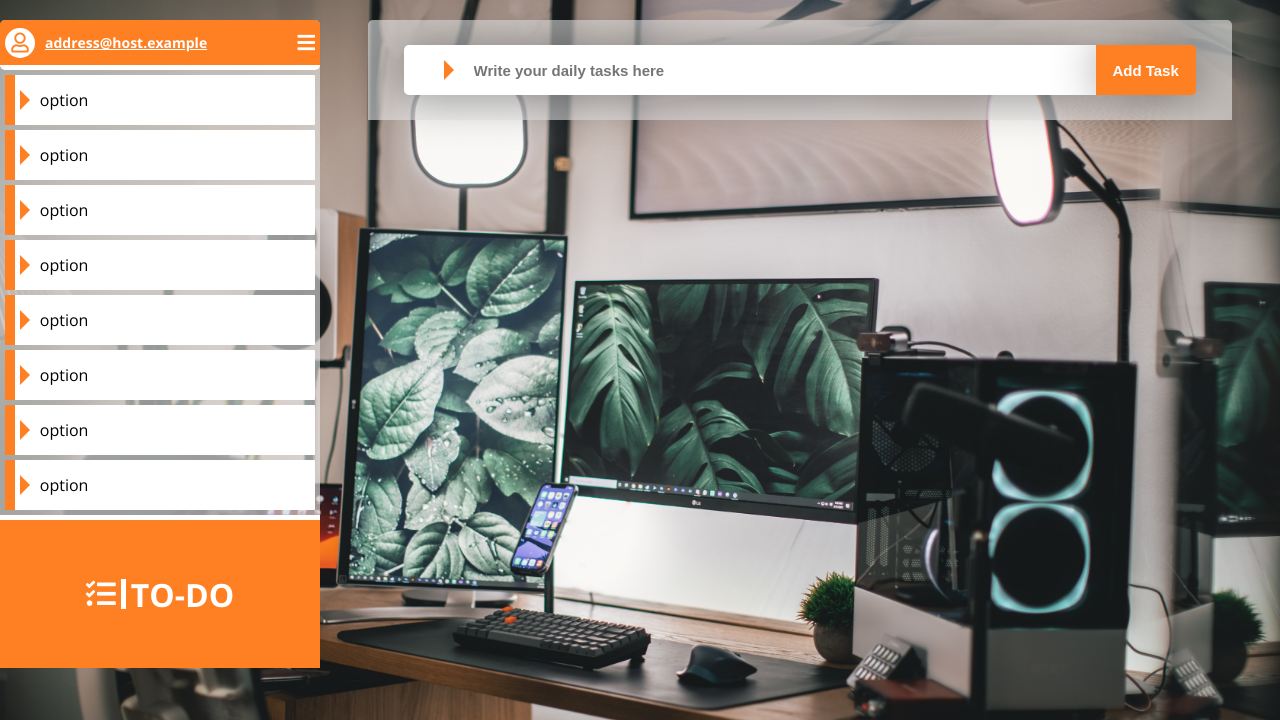
Repository: OmarEssameldinMousa/To-do-list-level01
Page: index.html
The author's editor kept a copy of each file at every save. The page is drawn from the files as they stood at one save, then again after the next save.
The browser window is 1280 px wide. The pictures show the whole page.

Above is the page before, as saved 2023-08-09 23:55:21.

### index.html
<!DOCTYPE html>
<html lang="en">

<head>
    <meta charset="UTF-8">
    <meta name="viewport" content="width=device-width, initial-scale=1.0">
    <title>ToDo</title>
    <link rel="stylesheet" href="main.css">
    <link rel="preconnect" href="https://fonts.gstatic.com" />
    <link rel="stylesheet" href="css/all.min.css">
    <link href="https://fonts.googleapis.com/css2?family=Open+Sans:wght@400;700&display=swap" rel="stylesheet" />
</head>

<body>
    <div class="dashboard">
        <div class="nav">
            <div class="navigation">
                <div class="profile">
                    <div class="profile-pic">
                        <i class="fa-regular fa-user"></i>
                    </div>
                    <h3>address@host.example</h3>
                    <i class="fa-solid fa-bars" style="color: #ffffff;"></i>
                    <!-- <i class="fa-solid fa-bars second" style="color: #ffffff;"></i> -->
                    <!-- <i class="fa-solid fa-arrow-right" style="color: #ffffff;"></i>
                    <i class="fa-solid fa-arrow-left" style="color: #ffffff;"></i> -->
                </div>
                <ul>
                    <li>
                        <span class="toggle"></span>
                        <span class="title">option</span>
                    </li>
                    <li>
                        <span class="toggle"></span>
                        <span class="title">option</span>
                    </li>
                    <li>
                        <span class="toggle"></span>
                        <span class="title">option</span>
                    </li>
                    <li>
                        <span class="toggle"></span>
                        <span class="title">option</span>
                    </li>
                    <li>
                        <span class="toggle"></span>
                        <span class="title">option</span>
                    </li>
                    <li>
                        <span class="toggle"></span>
                        <span class="title">option</span>
                    </li>
                    <li>
                        <span class="toggle"></span>
                        <span class="title">option</span>
                    </li>
                    <li>
                        <span class="toggle"></span>
                        <span class="title">option</span>
                    </li>
                </ul>
                <div class="footer">
                    <i class="fa-solid fa-list-check"></i>
                    <span></span>
                    <h1>TO-DO</h1>
                </div>
            </div>
        </div>
        <div class="workstation">
            <div class="container">
                <div class="form">
                    <div>
                        <span></span>
                        <input type="text" class="input" placeholder="Write your daily tasks here">
                    </div>
                    <input type="submit" class="add" value="Add Task">
                </div>
                <!-- separator -->
                <div class="tasks">
                    <div class="tasks-numbers">

                    </div>
                    <div class="tasks-container">

                    </div>
                </div>
            </div>
        </div>
    </div>
    <script src="main.js"></script>
</body>

</html>

### main.css
:root {
    --main-color: rgba(235, 235, 235, 0.6);
    --secondery-color: #ff7f23;
}

* {
    -webkit-box-sizing: border-box;
    -moz-box-sizing: border-box;
    box-sizing: border-box;
    padding: 0;
    margin: 0;
}

body {
    font-family: "Open Sans", sans-serif;
    background-image: url(backgroundimage.jpg);
    background-repeat: no-repeat;
    background-size: cover;
    position: relative;
    height: 100%;
}


ul {
    list-style: none;
}


.dashboard {
    display: flex;
    height: 100%;
    width: 100%;
    column-gap: 0px;
}

.nav {
    width: 25%;
    height: 100%;
    position: relative;
    margin-top: 20px;
    border-radius: 5px;
}

.nav .navigation {
    height: 100%;
    width: 100%;
    background: var(--main-color);
    border-radius: 5px;
}

.nav .navigation .profile {
    width: 100%;
    height: 50px;
    background-color: var(--secondery-color);
    display: flex;
    align-items: center;
    border-bottom: 5px solid white;
    border-radius: 5px;
}

.nav .navigation .profile .profile-pic {
    border-radius: 50%;
    background-color: white;
    height: 30px;
    width: 30px;
    display: flex;
    align-items: center;
    justify-content: center;
    margin-left: 5px;
}

.nav .navigation .profile i {
    font-size: 20px;
    color: var(--secondery-color);
}

.nav .navigation .profile h3 {
    font-size: 14px;
    padding-left: 10px;
    text-decoration: underline;
    color: white;
}

.nav .navigation ul {
    width: 97%;
    margin: auto;
    margin-top: 5px;
}

.nav .navigation ul li {
    padding: 5px;
    height: 50px;
    background-color: white;
    margin-bottom: 5px;
    border-radius: 1px;
    border-left: 10px solid #ff7f23;
    display: flex;
    align-items: center;
    transition: 0.3s;

}


.nav .navigation ul li:hover .toggle {
    padding-left: 10px;
}

.navigation .footer {
    width: 100%;
    height: 153px;
    background-color: #ff7f23;
    display: flex;
    align-items: center;
    justify-content: center;
    border-top: 5px solid white;
    column-gap: 5px;
}

.navigation .footer i {
    font-size: 30px;
    color: white;
}

.navigation .footer h1 {
    color: white;
}

.navigation .footer span {
    height: 30px;
    width: 5px;
    background-color: white;
}

li .toggle {
    border: 10px solid var(--secondery-color);
    border-color: transparent transparent transparent #ff7f23;
    transition: 0.3s;
}

.workstation {
    height: 100%;
    position: relative;
    flex: 1;
}

.container {
    width: 100%;
    min-height: 50px;
    background-color: transparent;
    z-index: 1;
    position: absolute;
}

.container .form {
    width: 90%;
    height: 100px;
    background-color: var(--main-color);
    margin: 20px auto;
    border-top-right-radius: 5px;
    border-top-left-radius: 5px;
    text-align: center;
    position: relative;
    display: flex;
    justify-content: center;
    align-items: center;
}

.container .tasks {
    width: 90%;
    background-color: var(--main-color);
    margin: 20px auto;
    display: flex;
    border-bottom-left-radius: 5px;
    border-bottom-right-radius: 5px;
}

.container .form .input,
.container .form .add {
    display: block;
    height: 50px;
}

.container .form div {
    width: 80%;
    border-bottom-left-radius: 5px;
    border-top-left-radius: 5px;
    border: 0px solid;
    box-shadow: -5px 0 50px 0px #00000073;
    background-color: white;
    display: flex;
    justify-content: flex-end;
    align-items: center;
}

.container .form div span {
    border: 10px solid #ff7f23;
    border-color: transparent transparent transparent #ff7f23;
    margin-right: 10px;
}

.container .form div .input {
    outline: 0;
    font-size: 15px;
    border: 0px solid;
    font-weight: bold;
    width: 90%;
}

.container .form .add {
    width: 100px;
    border: 0px solid;
    background-color: #ff7f23;
    color: white;
    font-weight: bold;
    font-size: 15px;
    border-bottom-right-radius: 5px;
    border-top-right-radius: 5px;
    box-shadow: 5px 0 50px 0px #00000073;
}

.container .tasks .tasks-container {
    width: 80%;
    display: flex;
    flex-direction: column;
    align-items: center;
    align-content: center;
    flex: 1;
}

.container .tasks .tasks-container .task {
    width: 80%;
    height: 50px;
    border-radius: 5px;
    border: 0px solid;
    box-shadow: -5px 0 50px 0px #00000073;
    background-color: white;
    margin: 10px 0;
    position: relative;
    display: flex;
    align-items: center;
}

.container .tasks .tasks-container .task i {
    margin-left: 10px;
    margin-right: 10px;
    color: var(--secondery-color);
}


.container .tasks .tasks-container .task::after {
    content: "";
    width: 10%;
    height: 100%;
    background-color: #ff7f23;
    position: absolute;
    top: 0;
    left: 90%;
    z-index: 0;
    border-top-right-radius: 5px;
    border-bottom-right-radius: 5px;
}

.container .tasks .tasks-container .task i:first-of-type {
    position: absolute;
    right: 4%;
    top: 50%;
    transform: translateY(-50%);
    color: white;
    z-index: 1;
    font-size: 20px;
}

.container .tasks .tasks-container .task i:last-of-type {
    position: absolute;
    right: 0%;
    top: 50%;
    transform: translateY(-50%);
    color: white;
    z-index: 1;
    font-size: 20px;
}

.container .tasks .tasks-numbers {
    width: 50px;
    display: flex;
    align-items: center;
    flex-direction: column;
}


.tasks-numbers .repated-line-circle {
    width: 2px;
    height: 70px;
}

.tasks-numbers .line-circle {
    display: flex;
    flex-direction: column;
    width: 100%;
    height: 100%;
    justify-content: space-between;
    align-items: center;
}

.tasks-numbers .line-circle .upper-line {
    width: 100%;
    height: 40%;
    background-color: white;
}

.tasks-numbers .line-circle .circle {
    font-family: 'VT323', monospace;
    width: 20px;
    height: 20px;
    background-color: #ff7f23;
    border-radius: 50%;
    text-align: center;
    position: relative;
    transition: 0.3s;
    animation: gradient-animation 5s infinite alternate;
    border: 1px solid white;
}


.tasks-numbers .line-circle .circle p {
    position: absolute;
    left: 50%;
    top: 50%;
    transform: translate(-50%, -50%);
    font-size: 14px;
    color: white;
}

.line-circle .circle p a {
    text-decoration: none;
}

.tasks-numbers .line-circle .lower-line {
    width: 2px;
    height: 40%;
    background-color: white;
}

.nav .navigation .profile i.fa-solid.fa-bars {
    position: absolute;
    right: 5px;
    /* display: none; */
}


@media (max-width: 767px) {
    body {
        background-image: none;
    }

    .dashboard {
        flex-direction: column;
    }

    .nav {
        width: 100% !important;
        height: 50px;
        z-index: 2;
    }

    .navigation {
        width: 100%;
        position: absolute;
        background-color: #ff7f23;
    }

    .nav .navigation ul {
        width: 100%;
        display: none;
    }

    .nav .navigation ul li {
        border: none;
        margin: 0;
    }

    .navigation .footer {
        display: none;
    }

    .nav .navigation .profile i.fa-solid.fa-bars {
        display: inline-block;
    }

    .nav .navigation .profile i.fa-solid.fa-bars.second {
        display: none;
    }
}

/* Small */
@media (min-width: 768px) {}

/* Medium */
@media (min-width: 992px) {}

/* Large */
@media (min-width: 1200px) {}

### main.js
let counter = 1;
let counterarray = [];
let tasksDiv = document.querySelector(".tasks-container");
let tasksnumbersDiv = document.querySelector(".tasks-numbers");
let inputbox = document.querySelector(".input");
let inputboxValue = inputbox.value;
let inputbtn = document.querySelector(".add");
let idtentity = 0;
let list = [];
let menu_bars = document.querySelector("i.fa-solid.fa-bars")
let optionsul = document.querySelector(".nav .navigation ul")
let menu_bars2 = document.querySelector("i.fa-solid.fa-bars.second")
let navdiv = document.querySelector(".nav")

function createTaskDiv_NumberDiv() {
    if (inputbox.value != "") {
        let inputbox = document.querySelector(".input");
        let inputboxValue = inputbox.value;
        counterarray.push(counter);
        // craeting task divs
        let taskDiv = document.createElement("div");
        taskDiv.className = "task";
        let i1 = document.createElement("i");
        i1.className = "fa-regular fa-square-check";
        let i2 = document.createElement("i");
        i2.className = "fa-solid fa-clock";
        let i3 = document.createElement("i");
        i3.className = "fa-regular fa-trash-can";
        i3.setAttribute("index", counterarray.length - 1);
        let tasktitle = document.createElement("h4");
        tasktitle.innerHTML = inputboxValue;
        // nesting all childs under each parent
        tasksDiv.appendChild(taskDiv);
        taskDiv.appendChild(i1);
        taskDiv.appendChild(i2);
        taskDiv.appendChild(i3);
        taskDiv.appendChild(tasktitle);
        //creating the numbering divs
        let repatedlinecircleDiv = document.createElement("div");
        repatedlinecircleDiv.className = "repated-line-circle";
        let linecirclediv = document.createElement("div");
        linecirclediv.className = "line-circle";
        let upperlinediv = document.createElement("div");
        upperlinediv.className = "upper-line";
        let circlediv = document.createElement("div");
        circlediv.className = "circle";
        let circleparacontent = document.createElement("p");
        circleparacontent.innerHTML = `${counterarray.length}`;
        let lowerlinediv = document.createElement("div");
        lowerlinediv.className = "lower-line";
        //nesting all childs under each parent
        tasksnumbersDiv.appendChild(repatedlinecircleDiv);
        repatedlinecircleDiv.appendChild(linecirclediv);
        linecirclediv.appendChild(upperlinediv);
        linecirclediv.appendChild(circlediv);
        circlediv.appendChild(circleparacontent);
        linecirclediv.appendChild(lowerlinediv);
        // after adjustments
        list.push({ "id": idtentity, "title": inputbox.value, });
        window.localStorage.setItem("tasks", JSON.stringify(list));
        inputbox.value = "";
        counter++;
        idtentity++;
        inputbox.focus();
    }
}

inputbtn.addEventListener("click", createTaskDiv_NumberDiv);

document.addEventListener("click", function (e) {
    if (e.target.className === "fa-regular fa-trash-can") {
        let n = 1;
        // deleting from BOM - local storage
        let storedTasks = JSON.parse(window.localStorage.getItem("tasks"))
        storedTasks.filter(a => a.id != e.index);
        list = storedTasks;
        window.localStorage.clear()
        window.localStorage.setItem("tasks", JSON.stringify(storedTasks));
        // deleting from the DOM
        e.target.parentElement.parentElement.previousElementSibling.lastChild.remove();
        counterarray.pop();
        counter--;
        e.target.parentElement.remove();
        document.querySelectorAll(".circle p").forEach(element => {
            element.innerHTML = n;
            n++;
        });
    }
})

menu_bars.addEventListener("click", function () {
    if (optionsul.style.display == "block") {
        optionsul.style.display = "none"
    } else {
        optionsul.style.display = "block"
    }
})

Loaded but not shown: css/all.min.css (library)

After the next save:
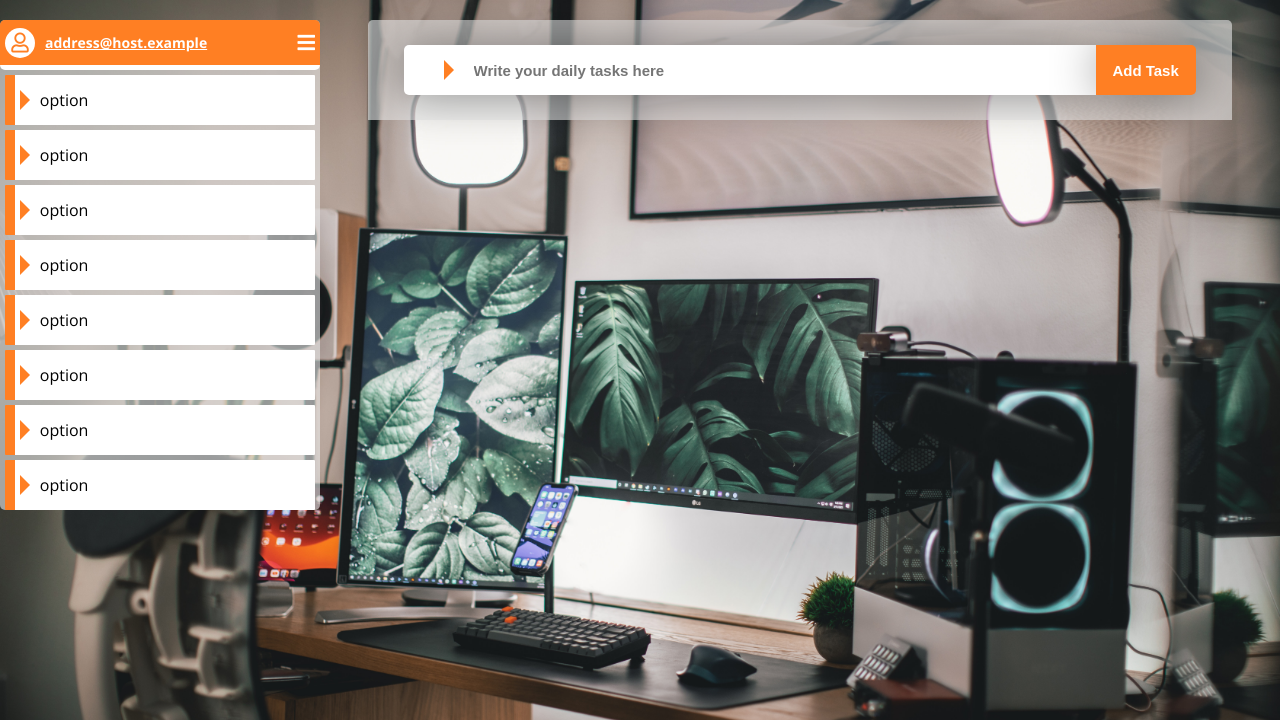
Saved 29 s later.
--- a/index.html
+++ b/index.html
@@ -59,11 +59,6 @@
                         <span class="title">option</span>
                     </li>
                 </ul>
-                <div class="footer">
-                    <i class="fa-solid fa-list-check"></i>
-                    <span></span>
-                    <h1>TO-DO</h1>
-                </div>
             </div>
         </div>
         <div class="workstation">
